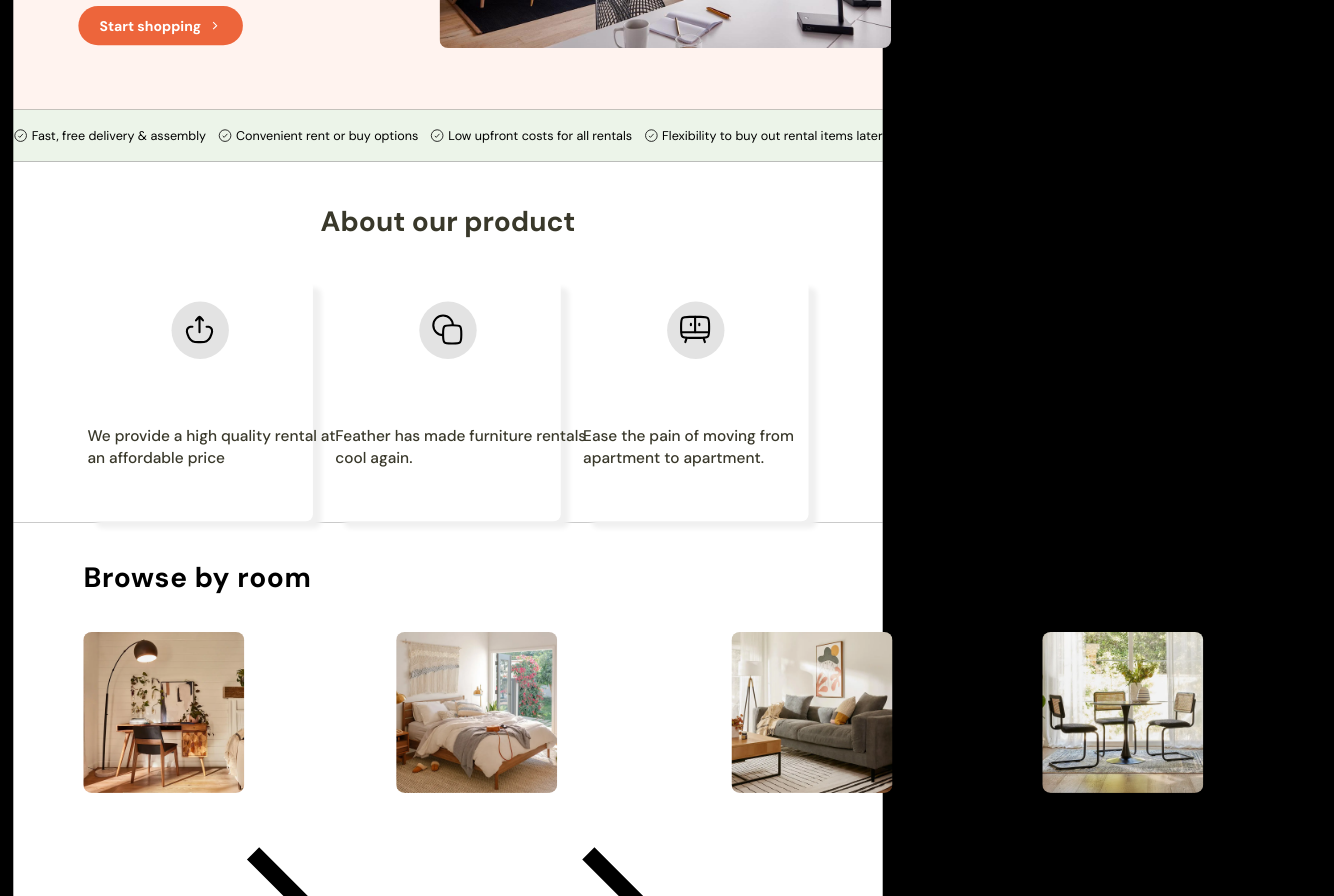
Repository: noman-source/Furniture-website
Page: index.html
The author's editor kept a copy of each file at every save. The page is drawn from the files as they stood at one save, then again after a run of saves.
The browser window is 1280 px wide. The page is 1905 px wide, so the pictures cover 1905 px, including what lies to the right of the window. The pictures show the part of the page from y = 504 to 1784 px (the page is 4311 px tall), at 70% of full size.

Above is the page before, as saved 2025-07-04 12:56:06.

After the next 3 saves:
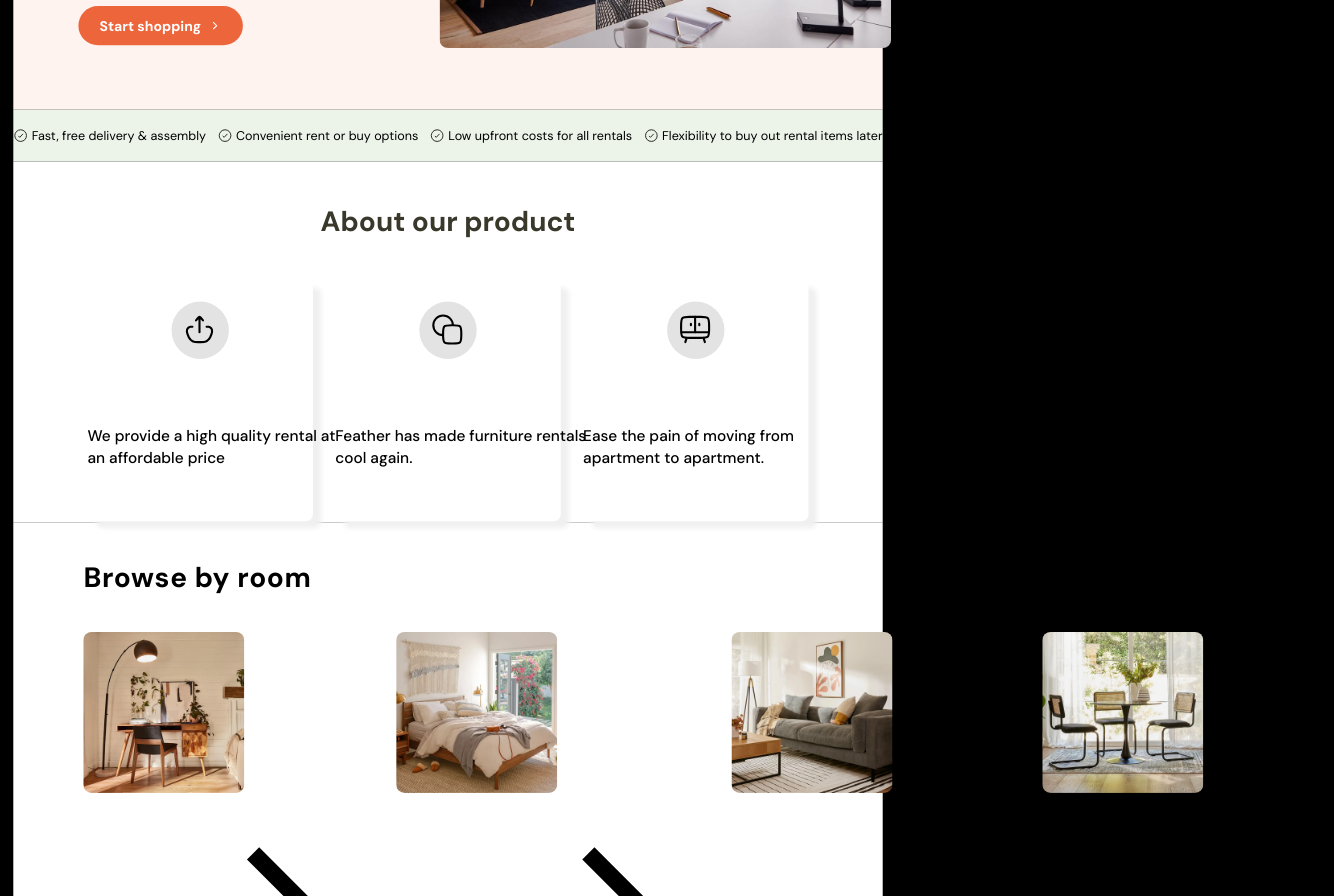
The 3 saves are shown as one change because they came seconds apart.
The last was saved 40 s later.
--- a/style.css
+++ b/style.css
@@ -181,7 +181,7 @@
     font-weight: 700;
 }
 
-.section3 p {
+.section3>p {
     font-size: 40px;
     font-weight: 700;
     height: 170px;
